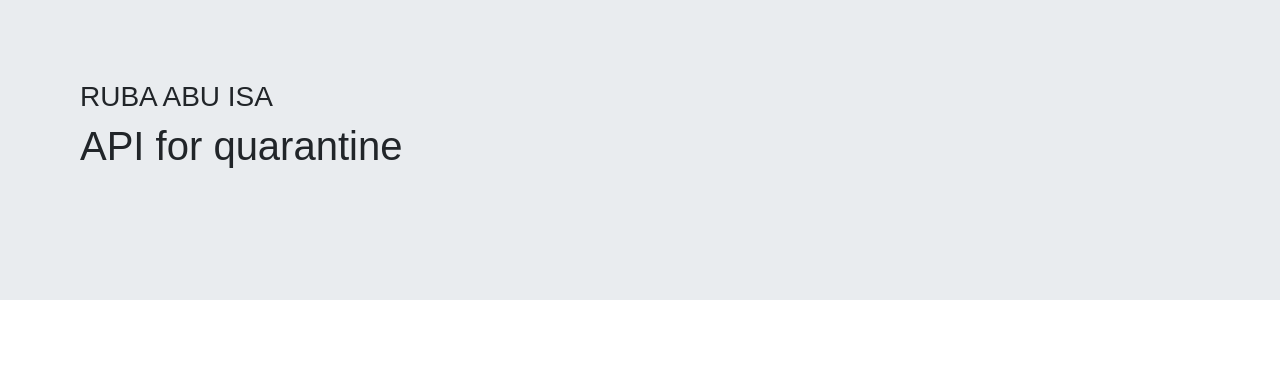
Repository: rubaabu/Fullstack-bitberry
Page: server/index.html
An editor plug-in stored every save of this project. The page is shown before and after the next save, followed by the edit.
The browser window is 1280 px wide. The pictures show the whole page.

Above is the page before, as saved 2020-04-02 15:52:55.

### server/index.html
<!DOCTYPE html>
<html lang="en">
  <head>
    <meta charset="UTF-8" />
    <meta name="viewport" content="width=device-width, initial-scale=1.0" />
    <title>Ruba</title>

    <link rel="stylesheet" type="text/css" href="style.css" />
    <link
      rel="stylesheet"
      href="https://stackpath.bootstrapcdn.com/bootstrap/4.4.1/css/bootstrap.min.css"
      integrity="sha384-Vkoo8x4CGsO3+Hhxv8T/Q5PaXtkKtu6ug5TOeNV6gBiFeWPGFN9MuhOf23Q9Ifjh"
      crossorigin="anonymous"
    />
  </head>
  <body>
    <header>
      <div class="header-top">
        <div class="header">
          <h3>RUBA ABU ISA</h3>
          <h1>API for quarantine</h1>
        </div>
        <div class="header-bottom">
            <a href="https://ruba.codefactory.live/"></a>
        </div>
      </div>
    </header>
    <main class="container">
      <div></div>
    </main>
  </body>
</html>

### server/style.css
header .header-top {
    background-color: #E9ECEF;
    height: 300px;
    padding-left: 80px;
    padding-top: 80px;
}
header .header-top .header {
    font-family: sans-serif;
}

After the next save:
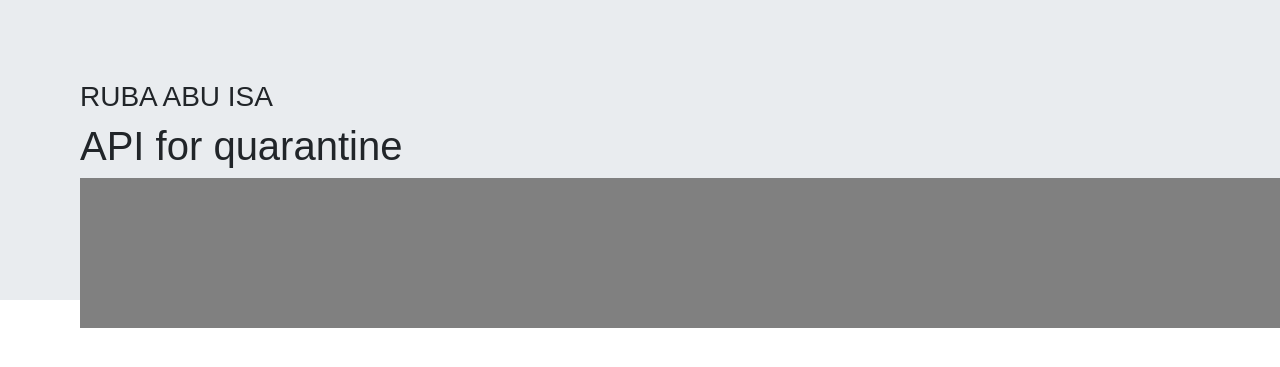
Saved 34 s later.
--- a/server/style.css
+++ b/server/style.css
@@ -7,3 +7,8 @@ header .header-top {
 header .header-top .header {
     font-family: sans-serif;
 }
+
+header .header-bottom {
+    height: 150px;
+    background-color: gray;
+}
